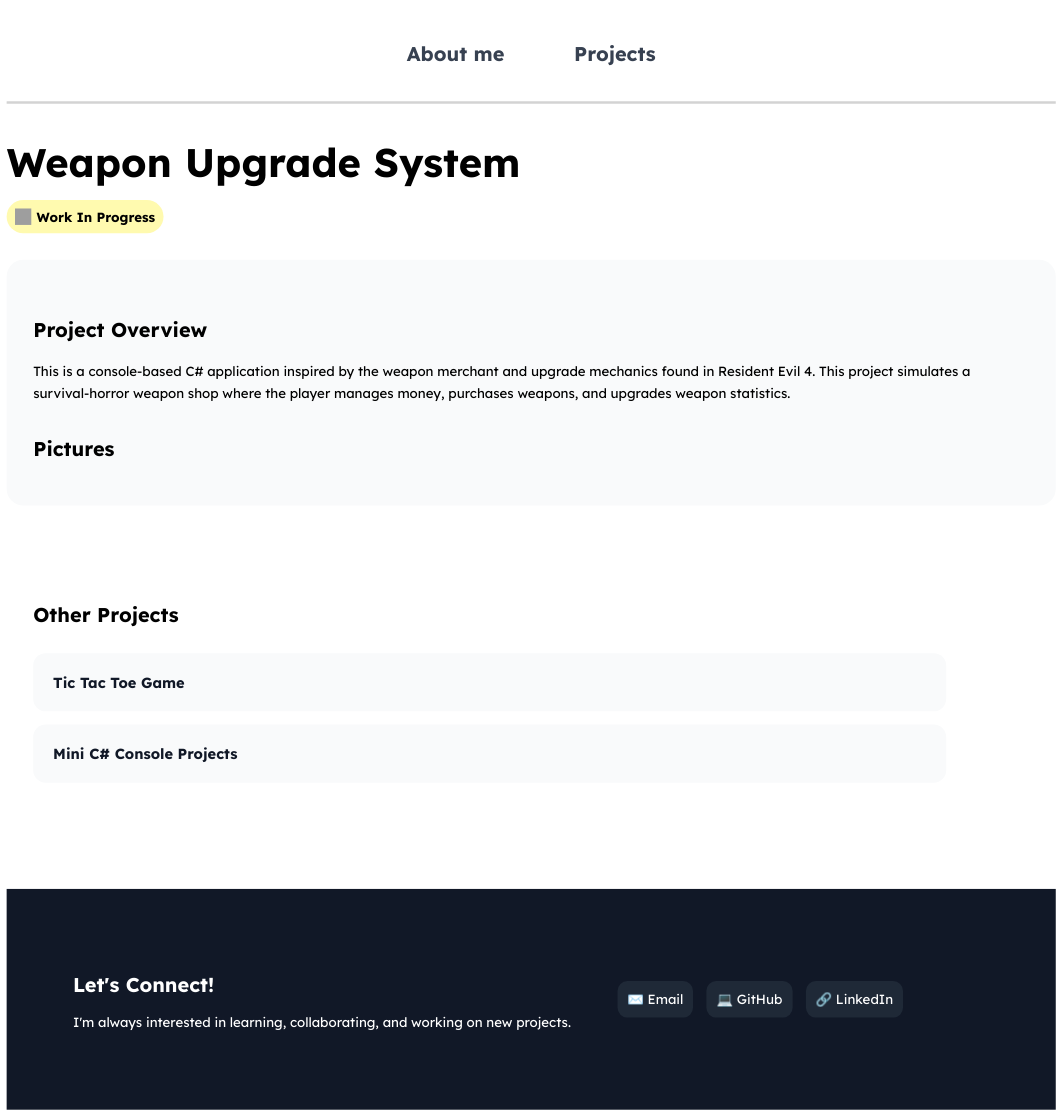
Repository: perrybalaba/perrybalaba
Page: pages/weapon-upgrade.html
An editor plug-in stored every save of this project. The page is shown before and after the next save, followed by the edit.
The browser window is 1280 px wide. The pictures show the whole page, at 83% of full size.
Pictures or frames that could not be fetched are drawn as grey boxes.

Above is the page before, as saved 2026-05-14 18:12:57.

### pages/weapon-upgrade.html
<!DOCTYPE html>
<html lang="en">
<head>
    <meta charset="UTF-8">
    <meta name="viewport" content="width=device-width, initial-scale=1.0">
    <title> Perry's Portfolio </title>
    <link rel="stylesheet" href="../styles/projects.css"/>
    <link rel="stylesheet" href="../styles/globals.css"/>
</head>
<body>
    <main>
        <!-- NAVIGATION BAR -->
        <nav class="Nav-Bar">
            <ul>
                <li><a href="../index.html"> About me </a></li>
                <li><a href="../pages/weapon-upgrade.html"> Projects </a></li>
            </ul>
        </nav>
        <!-- INFO -->
        <div class="Project-Info">
            <div class="Project-Info-Container">
                <h2> Weapon Upgrade System </h2>
                <div class="Project-Stats">
                    <span class="Work-In-Progress">
                        <img src="../assets/images/clock-svgrepo-com.svg" alt="in progress"/>
                        Work In Progress
                    </span>
                </div>
                <div class="Project-Info-Card">
                    <h3> Project Overview </h3>
                        <p>
                            This is a console-based C# application inspired by the weapon merchant and upgrade mechanics
                            found in Resident Evil 4. This project simulates a survival-horror weapon shop where the player
                            manages money, purchases weapons, and upgrades weapon statistics.
                        </p>
                    <h3> Pictures </h3>
                </div>
            </div>

        </div>

        <!-- MORE PROJECTS -->
        <div class="Other-Projects">
            <h2> Other Projects </h2>
            <div class="Other-Projects-Card">
                <a href="./tic-tac-toe.html"> Tic Tac Toe Game</a>
            </div>

            <div class="Other-Projects-Card">
                <a href="./console-projects.html"> Mini C# Console Projects </a>
            </div>
        </div>

        <!-- CONTACT -->
        <div class="Contact">
            <div class="Contact-Container">
                <div class="Contact-Text">
                    <h2> Let's Connect! </h2>
                    <p>
                        I'm always interested in learning, collaborating, and working on new projects.
                    </p>
                </div>

                <div class="Contact-Links">
                    <a href="mailto:balabaperry@gmail.com"> ✉️ Email</a>
                    <a href="https://github.com/perrybalaba"> 💻 GitHub </a>
                    <a href="https://www.linkedin.com/in/ann-karen-balaba-46b839387/"> 🔗 LinkedIn</a>
                </div>
            </div>
        </div>

    </main>
</body>
</html>

### styles/projects.css
/* NAVIGATION BAR */
.Nav-Bar {
    padding: 1rem;
    border-bottom: 3px solid lightgray;
}

nav ul {
    list-style: none;
    display: flex;
    justify-content: center;
    flex-wrap: wrap;
    gap: 2rem;
    padding: 0;
}

nav ul li a {
    display: block;
    text-align: center;
    padding: .75rem 1rem;
    text-decoration: none;
    color: #374151;
    font-weight: bold;
    padding: 10px;
    border-radius: 10px;
    font-size: 1rem;
    transition: 0.2s;
}

nav ul li a:hover {
    transform: scale(1.08);
    background-color: #f3f4f6;
    color: black;
}

/* PROJECT */
.Other-Projects {
    max-width: 1100px;
    margin: 0;
    padding: 2rem;
}

.Project-Info-Container h2 {
    font-size: 3rem;
    margin-bottom: 1rem;
}

.Project-Stats {
    display: flex;
    gap: 1rem;
    flex-wrap: wrap;
    margin-bottom: 2rem;
}

.Work-In-Progress {
    display: flex;
    align-items: center;
    gap: 6px;
    background-color: #fffaaf;
    padding: 10px;
    border-radius: 1000px;
    font-weight: bold;
}

.Work-In-Progress img {
    width: 20px;
    height: 20px;
}

.Project-Info-Card {
    background-color: #f9fafb;
    padding: 2rem;
    border-radius: 20px;
    line-height: 1.7;
}

.Project-Info-Card h3 {
    font-size: 1.5rem;
    margin-bottom: 1rem;
    margin-top: 2rem;
}

/* OTHER PROJECTS */
.Other-Projects {
    margin-top: 4rem;
}

.Other-Projects h2 {
    margin-bottom: 2rem;
}

.Other-Projects-Card {
    background-color: #f9fafb;
    padding: 1.5rem;
    border-radius: 15px;
    margin-bottom: 1rem;
    transition: 0.2s ease;
}

.Other-Projects-Card:hover {
    transform: translateY(-5px);
    background-color: #f3f4f6;
}

.Other-Projects-Card a {
    text-decoration: none;
    color: #111827;
    font-weight: bold;
    font-size: 1.1rem;
}

/* CONTACT */
.Contact {
    background-color: #111827;
    color: white;
    padding: 5rem;
    margin-top: 5rem;
}

.Contact-Container {
    display: flex;
    justify-content: space-between;
    align-items: center;
    max-width: 1000px;
    margin: 0;
    flex-wrap: wrap;
    gap: 2rem;
}

.Contact-Links {
    display: flex;
    gap: 1rem;
    flex-wrap: wrap;
}

.Contact-Links a {
    text-decoration: none;
    background-color: #1F2937;
    color: white;
    padding: 12px;
    border-radius: 12px;
    transition: 0.2s ease;
}

.Contact-Links a:hover {
    background-color: #374151;
    transform: scale(1.03);
}

### styles/globals.css
/* FONTS */
@font-face {
    font-family: "NotoSans";
    src: url(../assets/fonts/Noto_Sans/NotoSans-VariableFont_wdth\,wght.ttf);
}

@font-face {
    font-family: "Lexend";
    src: url(../assets/fonts/Lexend_Deca\,Noto_Sans/Lexend_Deca/LexendDeca-VariableFont_wght.ttf);
}

.Home-Header {
    font-family: "NotoSans";
}

.Nav-Bar {
    font-family: "Lexend";
}

main {
    font-family: "Lexend";
}

/* TABLET DESIGN */
@media (min-width: 768px) {
    /* NAVIGATION BAR */
    nav ul li a {
        font-size: 1.3rem;
    }

    /* HEADER */
    .Home-Header {
        font-size: 2.2rem;
    }

    /* ABOUT ME */
    .Info {
        flex-direction: row;
        justify-content: center;
        align-items: center;
        gap: 2rem;
        padding: 2rem;
    }

    .Description {
        width: 60%;
        max-width: 600px;
    }

    .Info img {
        max-width: 300px;
        width: 40%;
    }

    /* SKILLS */
    .Skill-Card {
        width: 260px;
    }

    .Skill-Icons img {
        width: 50px;
        height: 50px;
    }
}

/* DESKTOP */
@media (min-width: 1024px) {

    /* NAVIGATION */
    nav ul {
        gap: 4rem;
    }

    nav ul li a {
        font-size: 1.5rem;
    }

    /* ABOUT ME */
    .Info {
        gap: 5rem;
        padding: 4rem;
        justify-content: center;
        flex-direction: row;
        align-items: center;
    }

    .Description {
        max-width: 650px;
        font-size: 1.2rem;
        display: flex;
        flex-direction: column;
        align-items: center;
        justify-content: center;
        gap: 1rem;
    }

    .Info img {
        max-width: 500px;
    }

    .Home-Header {
        font-size: 4rem;
    }

    /* SKILLS */
    .Skill-Container {
        gap: 3rem;
    }

    .Skill-Card {
        width: 280px;
    }

    .Skill-Icons img {
        width: 80px;
        height: 80px;
    }

    /* SKILLS */
    .Projects-Container {
        display: flex;
        flex-direction: column;
        align-items: center;
    }

    .Project-Card {
        width: 100%;
        max-width: 850px;
        margin: 0 auto;
    }
}

After the next save:
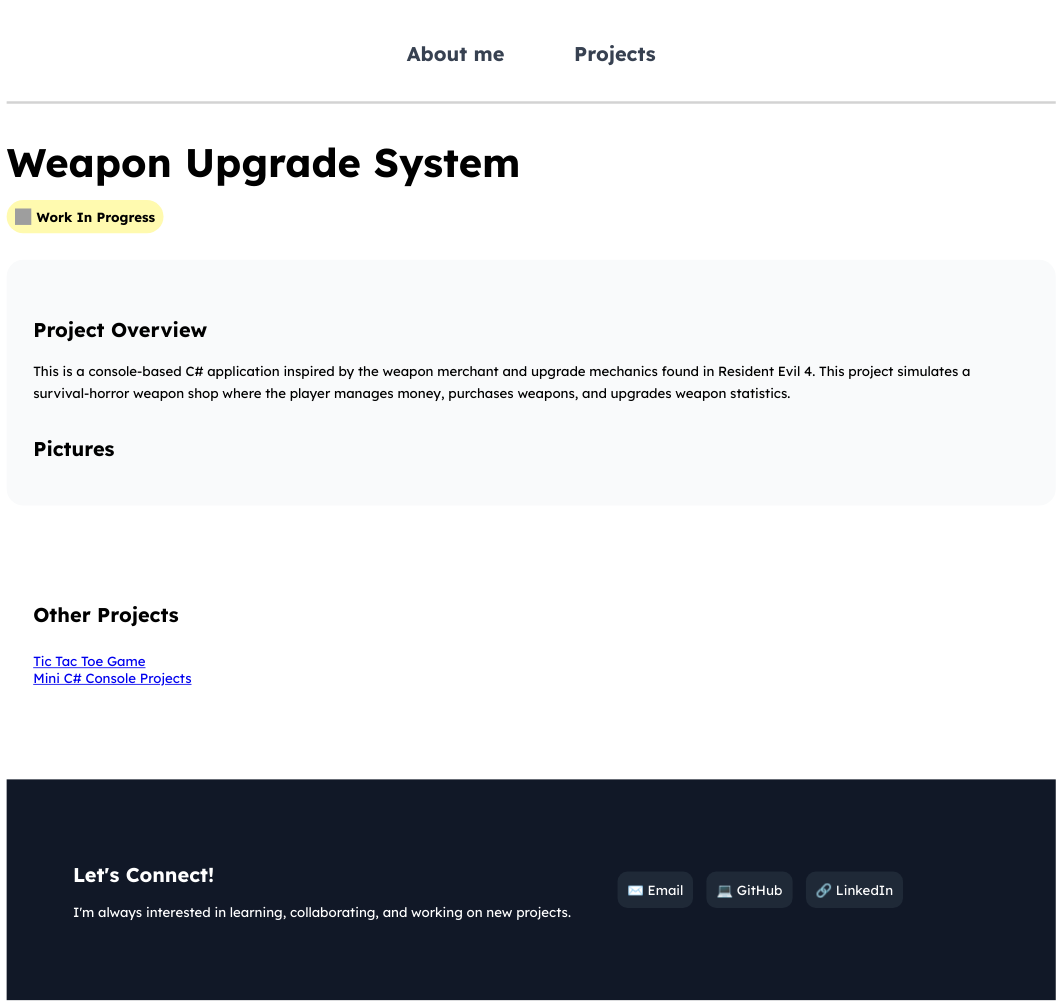
Saved 3 min 7 s later.
--- a/pages/weapon-upgrade.html
+++ b/pages/weapon-upgrade.html
@@ -42,11 +42,11 @@
         <!-- MORE PROJECTS -->
         <div class="Other-Projects">
             <h2> Other Projects </h2>
-            <div class="Other-Projects-Card">
+            <div class="Other-Projects-Card-Left">
                 <a href="./tic-tac-toe.html"> Tic Tac Toe Game</a>
             </div>
 
-            <div class="Other-Projects-Card">
+            <div class="Other-Projects-Card-Right">
                 <a href="./console-projects.html"> Mini C# Console Projects </a>
             </div>
         </div>
